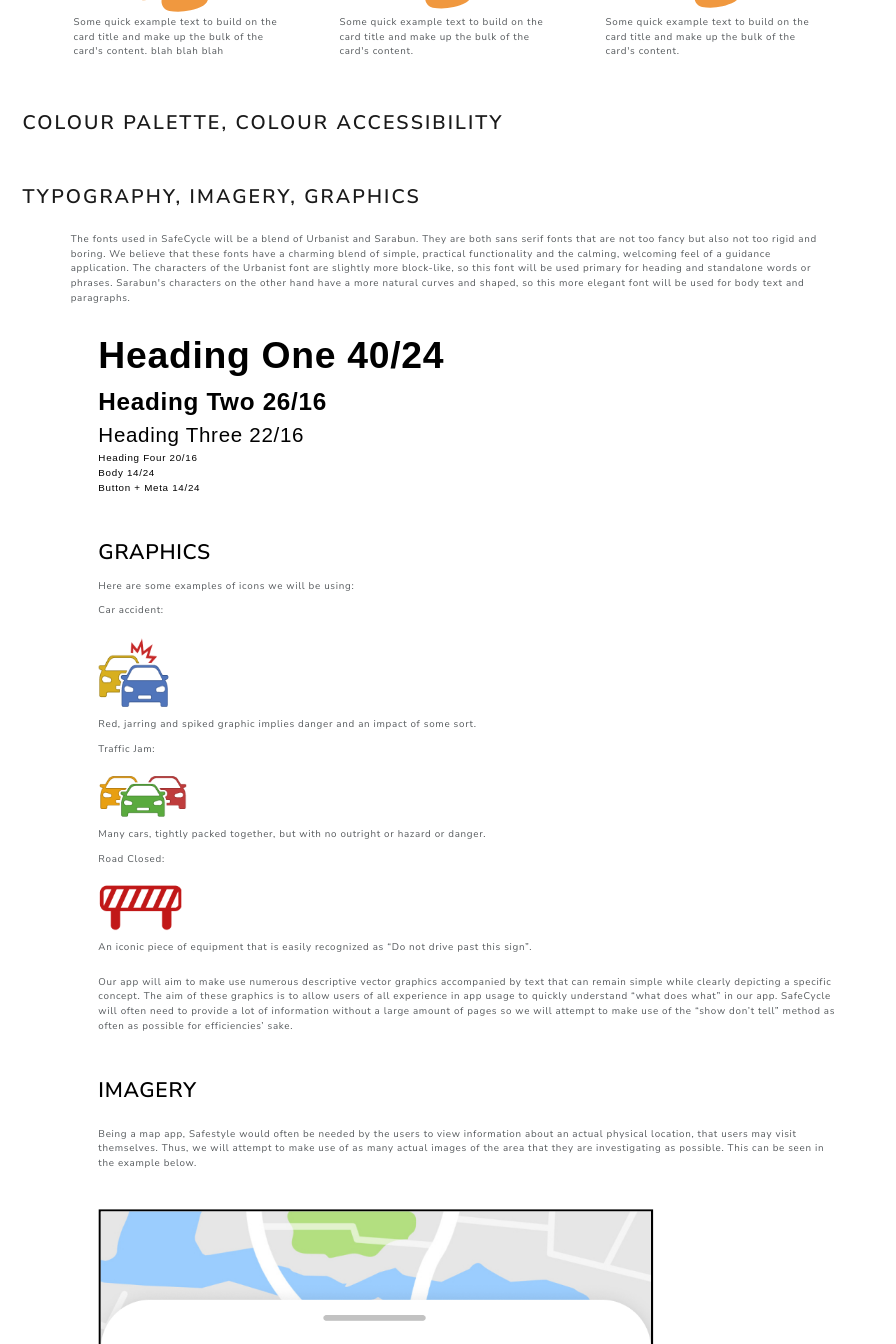
Repository: Aladdin3r/safecycle-styleguide
Page: /
The author's editor kept a copy of each file at every save. The page is drawn from the files as they stood at one save, then again after the next save.
The browser window is 1280 px wide. The pictures show the part of the page from y = 2254 to 4174 px (the page is 5822 px tall), at 70% of full size.
The project was rebuilt for these pictures with package versions that can differ from the ones it lists, and the page was loaded fresh each time. The framework's server and built-in components were replaced by stand-ins that run in the browser. Also part of the build but not shown: next.config.mjs.

Above is the page before, as saved 2024-04-09 22:52:34.

### pages/_app.js
import "@/styles/globals.css";
import "@/styles/bootstrap.min.css";
import { useEffect } from "react";


export default function App({ Component, pageProps }) {

  useEffect(() => {
    require("bootstrap/dist/js/bootstrap.bundle.min.js");
  }, []);
  return <Component {...pageProps} />;
}

### pages/index.js
import Head from "next/head";
import styles from "@/styles/Home.module.css"

export default function Home() {

  return (
    <>
      <Head>
        <title>SafeCycle Styleguide</title>
        <meta name="description"
        content=
        "Created by Rawan Aladdin, Nea Pieroelie, Andrew Turitsa."
       />
        <meta name="viewport" content="width=device-width, initial-scale=1" />
        <link rel="icon" href="/favicon1.svg" />
      </Head>
      <nav class="navbar navbar-expand-lg bg-light sticky-top" data-bs-theme="light">
        <div class="container-fluid">
          <a class="navbar-brand" href="#">SafeCycle</a>
          <button class="navbar-toggler" type="button" data-bs-toggle="collapse" data-bs-target="#navbarColor03" aria-controls="navbarColor03" aria-expanded="false" aria-label="Toggle navigation">
            <span class="navbar-toggler-icon"></span>
          </button>
          <div class="collapse navbar-collapse" id="navbarColor03">
            <ul class="navbar-nav me-auto">
              <li class="nav-item">
                <a class="nav-link active" href="#">Home</a>
              </li>
              <li class="nav-item">
                <a class="nav-link" href="#logo">Logo</a>
              </li>
              <li class="nav-item">
                <a class="nav-link" href="#colours">Colours</a>
              </li>
              <li class="nav-item">
                <a class="nav-link" href="#types">Typography, Imagery, Graphics</a>
              </li>
              <li class="nav-item">
                <a class="nav-link" href="#refs">References</a>
              </li>
            </ul>
          </div>
        </div>
      </nav>
      <main>
      <div class="jumbotron">
        <h1 class="display-3 mt-5 pt-5">SafeCycle</h1>
        <p class="display-4 pb-5">Styleguide</p>
        <hr class="my-5"/>
        <p class="mb-5">Rawan Aladdin, Nea Pieroelie, Andrew Turitsa</p>
        <p class="lead mb-5">
          <a class="btn btn-primary btn-lg my-5" href="#logo" role="button">Start the guide</a>
        </p>
      </div>
      <div id="logo" class="p-4">
        <h2 class="p-2 mt-3">Logo Design</h2>
        <p class="p-3">
          Logo font choice: DIN condensed bold
          colours: #F0983F orange #911C12 red #AD5C0A pale orange
        </p>
        <div class="container">
          <div class="card-group">
              <div class="row">
                <div className="col-sm-4">
                  <div class="bg-primary card text-white mb-3" className={styles.card}>
                    <div class="card-body">
                      <h4 class="card-title">Full-colour logo</h4>
                      <img class="card-img-top" src="/fullcolourlogo.svg" alt="full-colour logo"></img>
                      <p class="card-text">Some quick example text to build on the card title and make up the bulk of the card's content. blah blah blah</p>
                    </div>
                  </div>
                </div>

                <div className="col-sm-4">
                  <div class="bg-primary card text-white mb-3" className={styles.card}>
                  <div class="card-body">
                    <h4 class="card-title">Black and white Logo</h4>
                    <img class="card-img-top" src="/blackandwhitelogo.svg" alt="black and white logo"></img>
                    <p class="card-text">Some quick example text to build on the card title and make up the bulk of the card's content.</p>
                  </div>
                  </div>
                </div>

                <div className="col-sm-4">
                  <div class="bg-primary card text-white mb-3" className={styles.card}>
                  <div class="card-body">
                    <h4 class="card-title">Greyscale Logo</h4>
                    <img class="card-img-top" src="/greyscalelogo.svg" alt="greyscale logo"></img>
                    <p class="card-text">Some quick example text to build on the card title and make up the bulk of the card's content.</p>
                  </div>
                  </div>
                </div>

              </div>

              <div class="row">
                <div className="col-sm-4">
                  <div class="bg-primary card text-white mb-3" className={styles.card}>
                    <div class="card-body">
                      <h4 class="card-title">Monochromatic logo</h4>
                      <img class="card-img-top" src="/monochromatic.svg" alt="Monochromatic logo"></img>
                      <p class="card-text">Some quick example text to build on the card title and make up the bulk of the card's content. blah blah blah</p>
                    </div>
                  </div>
                </div>

                <div className="col-sm-4">
                  <div class="bg-primary card text-white mb-3" className={styles.card}>
                  <div class="card-body">
                    <h4 class="card-title">Horizontal version of full-colour Logo</h4>
                    <img class="card-img-top" src="/horizontalfullcolour.svg" alt="horizontal full colour logo"></img>
                    <p class="card-text">Some quick example text to build on the card title and make up the bulk of the card's content.</p>
                  </div>
                  </div>

              </div>

              <div className="col-sm-4">
                <div class="bg-primary card  text-white mb-3" className={styles.card}>
                <div class="card-body">
                  <h4 class="card-title">Stacked/vertical version of full-colour Logo</h4>
                  <img class="card-img-top" src="/verticalfullcolour.svg" alt="stacked/vertical colour logo"></img>
                  <p class="card-text">Some quick example text to build on the card title and make up the bulk of the card's content.</p>
                </div>
                </div>
              </div>
            </div>
            <div class="row">
                <div className="col-sm-4">
                  <div class="bg-primary card text-white mb-3" className={styles.card}>
                    <div class="card-body z-3">
                      <h4 class="card-title">16x16px Favicon</h4>
                      <img class="card-img-top" src="/favicon1.svg" alt="xs favicon"></img>
                      <p class="card-text">Some quick example text to build on the card title and make up the bulk of the card's content. blah blah blah</p>
                    </div>
                  </div>
                </div>

                <div className="col-sm-4">
                  <div class="bg-primary card  text-white mb-3" className={styles.card}>
                  <div class="card-body">
                    <h4 class="card-title">32x32px Favicon</h4>
                    <img class="card-img-top" src="/favicon2.svg" alt="small favicon"></img>
                    <p class="card-text">Some quick example text to build on the card title and make up the bulk of the card's content.</p>
                  </div>
                  </div>

              </div>

              <div className="col-sm-4">
                <div class="bg-primary card text-white mb-3" className={styles.card}>
                <div class="card-body">
                  <h4 class="card-title">48x48px Favicon</h4>
                  <img class="card-img-top" src="/favicon3.svg" alt="normal favicon"></img>
                  <p class="card-text">Some quick example text to build on the card title and make up the bulk of the card's content.</p>
                </div>
                </div>
              </div>
            </div>
          </div>
        </div>
      </div>
      <div id="colours" class="p-4">
        <h2 class="p-2">Colour Palette, Colour Accessibility</h2>
        <div class="container">

        </div>
      </div>
      <div id="types" class="p-4">
        <h2 class="p-2">Typography, Imagery, Graphics</h2>
        <div class="container">
        <p className={styles.typo_desc} class="p-3">
        The fonts used in SafeCycle will be a blend of Urbanist and Sarabun. They are both sans serif fonts that are not too fancy but also not too rigid and boring. We believe that these fonts have a charming blend of simple, practical functionality and the calming, welcoming feel of a guidance application.  The characters of the Urbanist font are slightly more block-like, so this font will be used primary for heading and standalone words or phrases. Sarabun's characters on the other hand have a more natural curves and shaped, so this more elegant font will be used for body text and paragraphs.
        </p>
        <div className={styles.h1Typo}>Heading One 40/24</div>
        <div className={styles.h2Typo}>Heading Two 26/16</div>
        <div className={styles.h3Typo}>Heading Three 22/16</div>
        <div className={styles.h4Typo}>Heading Four 20/16</div>
        <div className={styles.BodyTypo}>Body 14/24</div>
        <div className={styles.ButtonMetaTypo}>Button + Meta 14/24</div>
        <div className={styles.graphicTitle}>GRAPHICS</div>
        <div className={styles.graphicName}>Here are some examples of icons we will be using:</div>
        <div className={styles.graphicName}>Car accident:</div>
        <img className={styles.carCrash} src="/carCrash.png" height={100} width={100} alt="Car Accident"></img>
        <div className={styles.graphicDesc}>Red, jarring and spiked graphic implies danger and an impact of some sort.</div>
        <div className={styles.graphicName}>Traffic Jam:</div>
        <img className={styles.traffic} src="/traffic.png" alt="Traffic"></img>
        <div className={styles.graphicDesc}>Many cars, tightly packed together, but with no outright or hazard or danger.</div>
        <div className={styles.graphicName}>Road Closed:</div>
        <img className={styles.RoadClosed} src="/RoadClosed.png" alt="Raod Closed"></img>
        <div className={styles.graphicDesc}>An iconic piece of equipment that is easily recognized as “Do not drive past this sign”.</div>
        <div className={styles.graphicExpl}>Our app will aim to make use numerous descriptive vector graphics accompanied by text that can remain simple while clearly depicting a specific concept. The aim of these graphics is to allow users of all experience in app usage to quickly understand “what does what” in our app. SafeCycle will often need to provide a lot of information without a large amount of pages so we will attempt to make use of the “show don’t tell” method as often as possible for efficiencies’ sake.</div>
        <div className={styles.graphicTitle}>IMAGERY</div>
        <div className={styles.graphicExpl}>Being a map app, Safestyle would often be needed by the users to view information about an actual physical location, that users may visit themselves. Thus, we will attempt to make use of as many actual images of the area that they are investigating as possible. This can be seen in the example below.</div>
        <img className={styles.locationPage} src="/locationPage.png" alt="Location Page"></img>


        </div>
        </div>
      <div id="refs" class="p-4">
        <h2 class="p-2">References</h2>
        <div class="container">

        </div>
      </div>
      </main>
    </>
  );
}

### styles/Home.module.css
.main {
  display: flex;
  flex-direction: column;
  justify-content: space-between;
  align-items: center;
  padding: 6rem;
  min-height: 100vh;
}
.card{
  max-width: 30em;
}

.typo_desc{
  /* margin-left: -14.5em; */
  margin-left: 5%;

}
.h1Typo {
  font-family: "Urbanist", sans-serif;
  font-style: bold;
  font-size: 40pt;
  font-weight: 900;
  color: black;
  /* margin-left: -4em; */
  margin-left: 5%;
}
.h2Typo {
  font-family: "Urbanist", sans-serif;
  font-style: bold;
  font-size: 26pt;
  font-weight: 600;
  color: black;
  /* margin-left: -6em; */
  margin-left: 5%;
}
.h3Typo {
  font-family: "Urbanist", sans-serif;
  font-style: bold;
  font-size: 22pt;
  font-weight: 500;
  color: black;
  /* margin-left: -7em; */
  margin-left: 5%;
}
.h4Typo {
  font-family: "Urbanist", sans-serif;
  font-style: bold;
  font-size: 20;
  font-weight: 500;
  color: black;
  /* margin-left: -14.5em; */
  margin-left: 5%;
}

.BodyTypo {
  font-family: "Sarabun", sans-serif;
  font-weight:500;
  font-style: normal;
  color: black;
  font-size: 18;
  /* margin-left: -14.5em; */
  margin-left: 5%;
}
.ButtonMetaTypo {
  font-family: "Sarabun", sans-serif;
  font-weight:500;
  font-style: normal;
  color: black;
  font-size: 18;
  /* margin-left: -14.5em; */
  margin-left: 5%;
}
.graphicTitle{
  margin-top: 2em;
  /* margin-left: -7em; */
  margin-left: 5%;
  font-weight: bold;
  font-size: 30px;
  color: black;
}
.carCrash{
  margin-top: 2em;
  /* margin-left: -14em; */
  margin-left: 5%;
}

.graphicDesc{
  margin-top: 1em;
  /* margin-left: -14em; */
  margin-left: 5%;
}

.graphicName{
  margin-top: 1em;
  /* margin-left: -14em; */
  margin-left: 5%;
}

.graphicExpl{
  margin-top: 2em;
  margin-bottom: 2em;
  /* margin-left: -14em; */
  margin-left: 5%;
}

.traffic{
  margin-top: 2em;
  /* margin-left: -14em; */
  margin-left: 5%;
}

.RoadClosed{
  margin-top: 2em;
  /* margin-left: -14em; */
  margin-left: 5%;
}

.locationPage{
  margin-top: 2em;
    /* margin-left: -14em; */
    margin-left: 5%;
    border: solid black;
}

Loaded but not shown: pages/_document.js (common file); styles/globals.css (common file); styles/bootstrap.min.css (library)

After the next save:
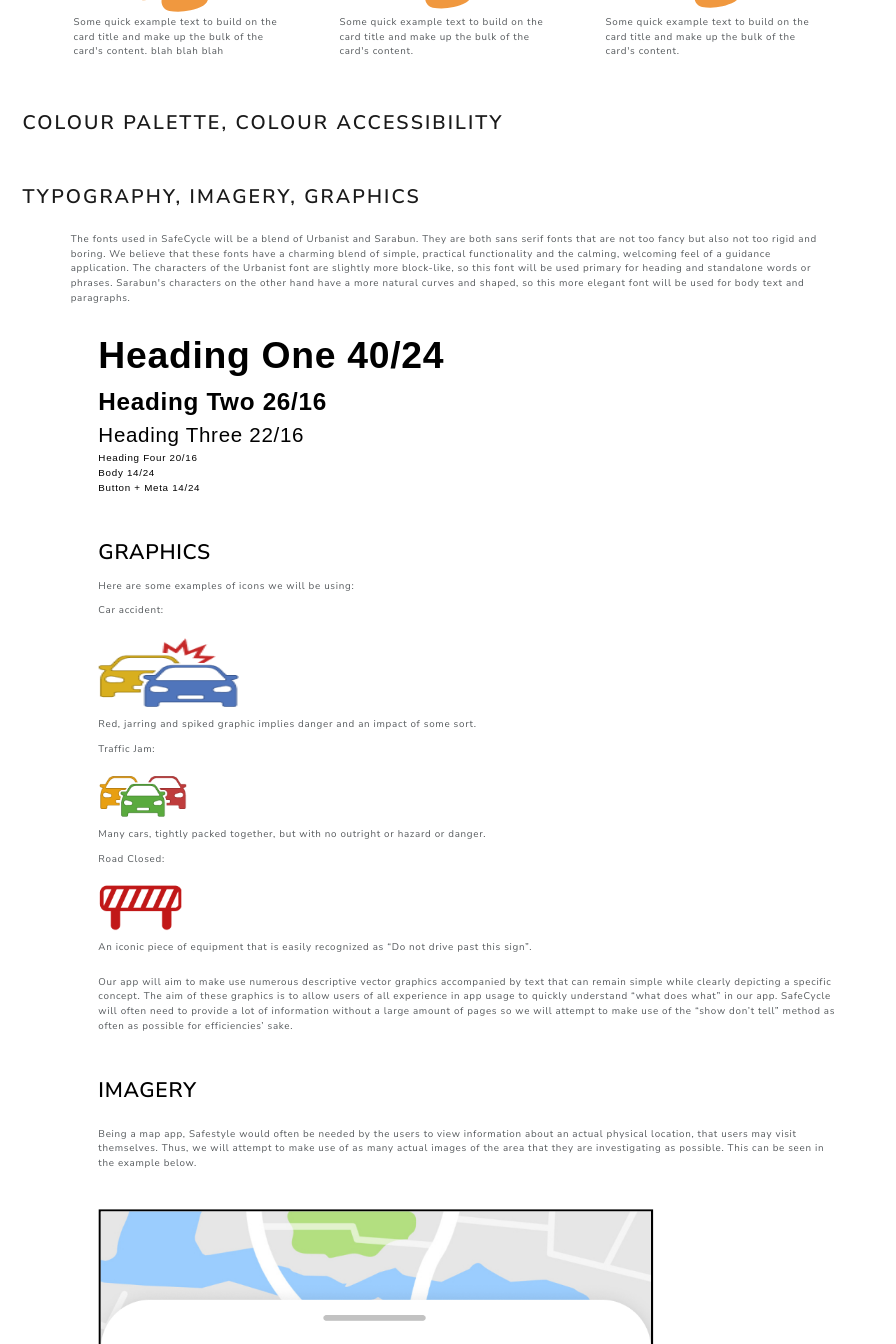
Saved 9 s later.
--- a/pages/index.js
+++ b/pages/index.js
@@ -180,7 +180,7 @@
         <div className={styles.graphicTitle}>GRAPHICS</div>
         <div className={styles.graphicName}>Here are some examples of icons we will be using:</div>
         <div className={styles.graphicName}>Car accident:</div>
-        <img className={styles.carCrash} src="/carCrash.png" height={100} width={100} alt="Car Accident"></img>
+        <img className={styles.carCrash} src="/carCrash.png" height={100} width={200} alt="Car Accident"></img>
         <div className={styles.graphicDesc}>Red, jarring and spiked graphic implies danger and an impact of some sort.</div>
         <div className={styles.graphicName}>Traffic Jam:</div>
         <img className={styles.traffic} src="/traffic.png" alt="Traffic"></img>
